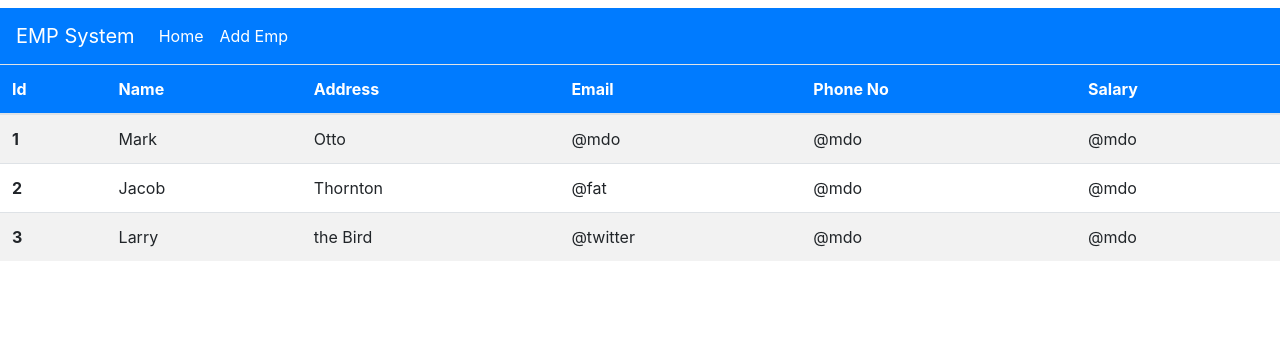
Repository: prateek-000/Employee_management
Page: http://localhost/index
The author's editor kept a copy of each file at every save. The page is drawn from the files as they stood at one save, then again after the next save.
The browser window is 1280 px wide. The pictures show the whole page.
Some web libraries are served in a nearby version. The page is this project's Thymeleaf template; nobody is signed in. The template is opened directly, without the code that normally fills it, so the values that code supplies are empty.

Above is the page before, as saved 2023-01-26 23:07:49.

### Employee_M/src/main/resources/templates/index.html
<!doctype html>
<html lang="en">
  <head>
    <!-- Required meta tags -->
    <meta charset="utf-8">
    <meta name="viewport" content="width=device-width, initial-scale=1, shrink-to-fit=no">

    <!-- Bootstrap CSS -->
    <link rel="stylesheet" href="https://cdn.jsdelivr.net/npm/bootstrap@4.0.0/dist/css/bootstrap.min.css" integrity="sha384-Gn5384xqQ1aoWXA+058RXPxPg6fy4IWvTNh0E263XmFcJlSAwiGgFAW/dAiS6JXm" crossorigin="anonymous">

    <title>Helo</title>
  </head>
  <body>
    <h1>
</h1>



<nav class="navbar navbar-expand-lg navbar-dark bg-primary">
  <a class="navbar-brand" href="#">EMP System</a>
  <button class="navbar-toggler" type="button" data-toggle="collapse" data-target="#navbarSupportedContent" aria-controls="navbarSupportedContent" aria-expanded="false" aria-label="Toggle navigation">
    <span class="navbar-toggler-icon"></span>
  </button>

  <div class="collapse navbar-collapse" id="navbarSupportedContent">
    <ul class="navbar-nav mr-auto">
      <li class="nav-item active">
        <a class="nav-link" href="#">Home <span class="sr-only">(current)</span></a>
      </li>


      <li class="nav-item">
        <a class="nav-link active" href="addemp">Add Emp</a>
      </li>
    </ul>

  </div>
</nav>

<div>

<table class="table table-striped">
  <thead class="bg-primary text-white">
    <tr>
      <th scope="col">Id</th>
      <th scope="col">Name</th>
      <th scope="col">Address</th>
      <th scope="col">Email</th>
      <th scope="col">Phone No</th>
      <th scope="col">Salary</th>
    </tr>
  </thead>
  <tbody>
    <tr>
      <th scope="row">1</th>
      <td>Mark</td>
      <td>Otto</td>
      <td>@mdo</td>
      <td>@mdo</td>
      <td>@mdo</td>

    </tr>
    <tr>
      <th scope="row">2</th>
      <td>Jacob</td>
      <td>Thornton</td>
      <td>@fat</td>
      <td>@mdo</td>
      <td>@mdo</td>

    </tr>
    <tr>
      <th scope="row">3</th>
      <td>Larry</td>
      <td>the Bird</td>
      <td>@twitter</td>
      <td>@mdo</td>
      <td>@mdo</td>

    </tr>
  </tbody>
</table>

</div>

    <!-- Optional JavaScript -->
    <!-- jQuery first, then Popper.js, then Bootstrap JS -->
    <script src="https://code.jquery.com/jquery-3.2.1.slim.min.js" integrity="sha384-KJ3o2DKtIkvYIK3UENzmM7KCkRr/rE9/Qpg6aAZGJwFDMVNA/GpGFF93hXpG5KkN" crossorigin="anonymous"></script>
    <script src="https://cdn.jsdelivr.net/npm/popper.js@1.12.9/dist/umd/popper.min.js" integrity="sha384-ApNbgh9B+Y1QKtv3Rn7W3mgPxhU9K/ScQsAP7hUibX39j7fakFPskvXusvfa0b4Q" crossorigin="anonymous"></script>
    <script src="https://cdn.jsdelivr.net/npm/bootstrap@4.0.0/dist/js/bootstrap.min.js" integrity="sha384-JZR6Spejh4U02d8jOt6vLEHfe/JQGiRRSQQxSfFWpi1MquVdAyjUar5+76PVCmYl" crossorigin="anonymous"></script>
  </body>
</html>

After the next save:
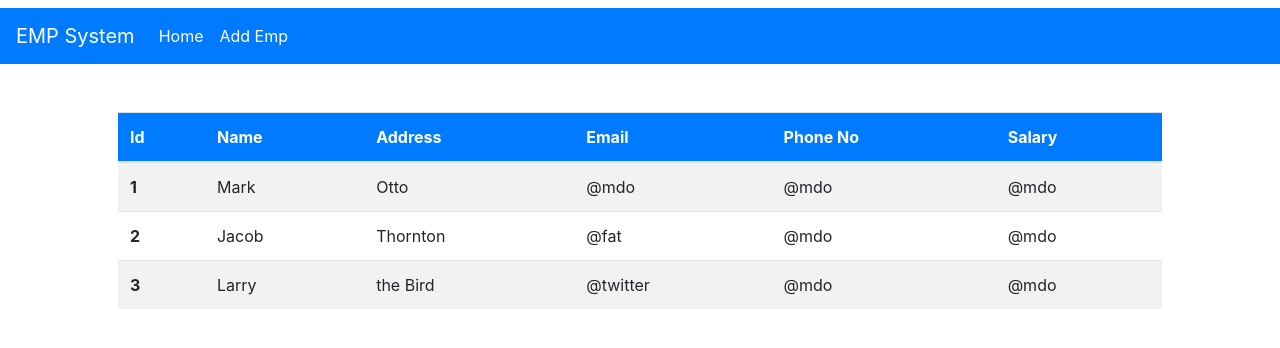
Saved 2 min 42 s later.
--- a/Employee_M/src/main/resources/templates/index.html
+++ b/Employee_M/src/main/resources/templates/index.html
@@ -37,7 +37,7 @@
   </div>
 </nav>
 
-<div>
+<div class="container p-5" >
 
 <table class="table table-striped">
   <thead class="bg-primary text-white">
